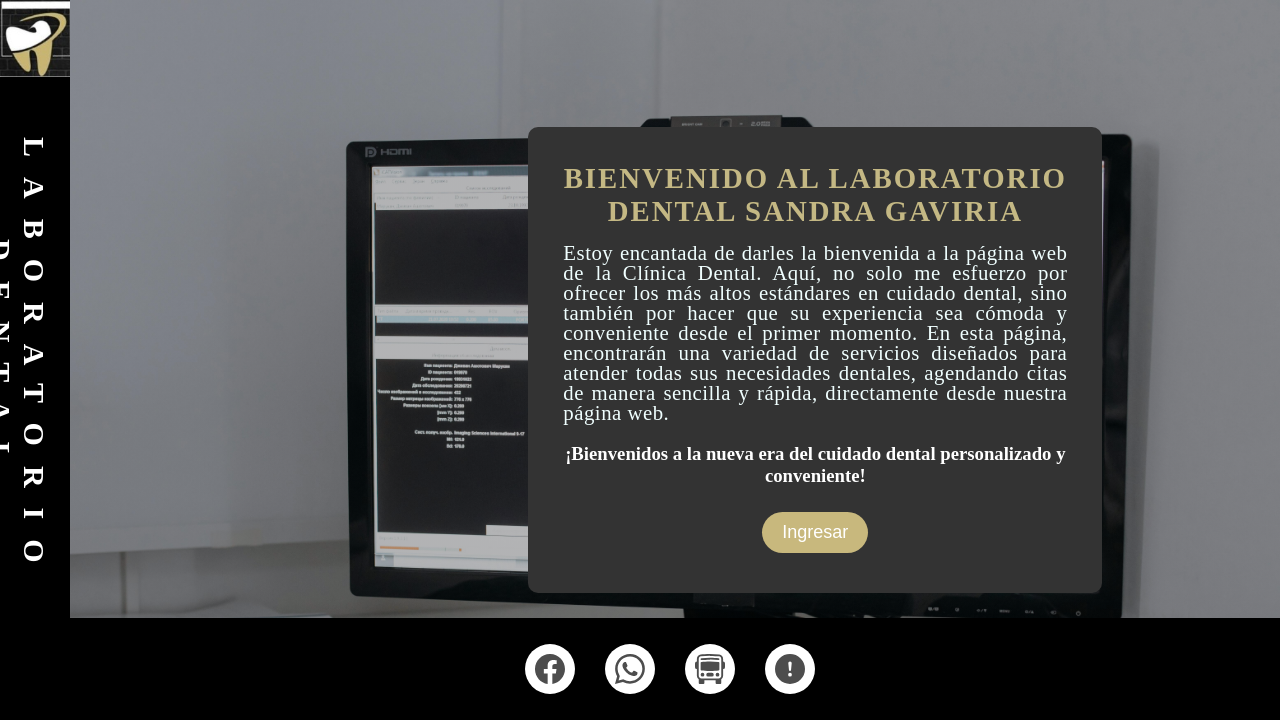
Repository: IIntef/ProyectoDental2.0
Page: Proyecto/Proyecto/Fer.html
These files come from the project's save history. The page is drawn as it stood at one moment and after the next save; the edit follows.
The browser window is 1280 px wide. The pictures show the whole page.

Above is the page before, as saved 2024-06-20 17:12:18.

### Proyecto/Proyecto/Fer.html
<!DOCTYPE html>
<html lang="en">
<head>
    <meta charset="UTF-8">
    <meta name="viewport" content="width=device-width, initial-scale=1.0">
    <title>Inicio</title>
    <link rel="stylesheet" href="StyleFer.css">
<body>
    <header>
        <img src="Logo.jpeg" alt="Logo Laboratorio Dental">
        <h1>LABORATORIO DENTAL</h1>
    </header>
    <main>
        <div class="container">
            <h2>BIENVENIDO AL LABORATORIO DENTAL SANDRA GAVIRIA</h2>
            <p>Estoy encantada de darles la bienvenida a la página web de la Clínica Dental. Aquí, no solo me esfuerzo por ofrecer los más altos estándares
            en cuidado dental, sino también por hacer que su experiencia sea cómoda y conveniente desde el primer momento.
            En esta página, encontrarán una variedad de servicios diseñados para atender todas sus necesidades dentales, agendando citas de manera sencilla y rápida, directamente desde nuestra página web.</p>
            <h3>¡Bienvenidos a la nueva era del cuidado dental personalizado y conveniente!</h3>
            <div class="buttons">
                <button id="Ingresar">Ingresar</button>
            </div>
        </div>
    </main>
    <footer>
        <ul class="example-2">
            <li class="icon-content">
            <a
                href="https://www.facebook.com/profile.php?id=100042873386422&mibextid=ZbWKwL"
                aria-label="Facebook"
                data-social="Facebook">
                <div class="filled"></div>
                <svg xmlns="http://www.w3.org/2000/svg" width="16" height="16" fill="currentColor" class="bi bi-facebook" viewBox="0 0 16 16">
                    <path d="M16 8.049c0-4.446-3.582-8.05-8-8.05C3.58 0-.002 3.603-.002 8.05c0 4.017 2.926 7.347 6.75 7.951v-5.625h-2.03V8.05H6.75V6.275c0-2.017 1.195-3.131 3.022-3.131.876 0 1.791.157 1.791.157v1.98h-1.009c-.993 0-1.303.621-1.303 1.258v1.51h2.218l-.354 2.326H9.25V16c3.824-.604 6.75-3.934 6.75-7.951"/>
                </svg>
            </a>
            <div class="tooltip">Facebook</div>
            </li>
            <li class="icon-content">
            <a href="#" aria-label="Whatsapp" data-social="Whatsapp">
                <div class="filled"></div>
                <svg xmlns="http://www.w3.org/2000/svg" width="16" height="16" fill="currentColor" class="bi bi-whatsapp" viewBox="0 0 16 16">
                    <path d="M13.601 2.326A7.85 7.85 0 0 0 7.994 0C3.627 0 .068 3.558.064 7.926c0 1.399.366 2.76 1.057 3.965L0 16l4.204-1.102a7.9 7.9 0 0 0 3.79.965h.004c4.368 0 7.926-3.558 7.93-7.93A7.9 7.9 0 0 0 13.6 2.326zM7.994 14.521a6.6 6.6 0 0 1-3.356-.92l-.24-.144-2.494.654.666-2.433-.156-.251a6.56 6.56 0 0 1-1.007-3.505c0-3.626 2.957-6.584 6.591-6.584a6.56 6.56 0 0 1 4.66 1.931 6.56 6.56 0 0 1 1.928 4.66c-.004 3.639-2.961 6.592-6.592 6.592m3.615-4.934c-.197-.099-1.17-.578-1.353-.646-.182-.065-.315-.099-.445.099-.133.197-.513.646-.627.775-.114.133-.232.148-.43.05-.197-.1-.836-.308-1.592-.985-.59-.525-.985-1.175-1.103-1.372-.114-.198-.011-.304.088-.403.087-.088.197-.232.296-.346.1-.114.133-.198.198-.33.065-.134.034-.248-.015-.347-.05-.099-.445-1.076-.612-1.47-.16-.389-.323-.335-.445-.34-.114-.007-.247-.007-.38-.007a.73.73 0 0 0-.529.247c-.182.198-.691.677-.691 1.654s.71 1.916.81 2.049c.098.133 1.394 2.132 3.383 2.992.47.205.84.326 1.129.418.475.152.904.129 1.246.08.38-.058 1.171-.48 1.338-.943.164-.464.164-.86.114-.943-.049-.084-.182-.133-.38-.232"/>
                </svg>
            </a>
            <div class="tooltip">Whatsapp</div>
            </li>
            <li class="icon-content">
            <a
                href="https://maps.app.goo.gl/ANEuUgRV9diJPPBv7"
                aria-label="Mapa"
                data-social="Mapa">
                <div class="filled"></div>
                <svg xmlns="http://www.w3.org/2000/svg" width="16" height="16" fill="currentColor" class="bi bi-bus-front" viewBox="0 0 16 16">
                    <path d="M5 11a1 1 0 1 1-2 0 1 1 0 0 1 2 0m8 0a1 1 0 1 1-2 0 1 1 0 0 1 2 0m-6-1a1 1 0 1 0 0 2h2a1 1 0 1 0 0-2zm1-6c-1.876 0-3.426.109-4.552.226A.5.5 0 0 0 3 4.723v3.554a.5.5 0 0 0 .448.497C4.574 8.891 6.124 9 8 9s3.426-.109 4.552-.226A.5.5 0 0 0 13 8.277V4.723a.5.5 0 0 0-.448-.497A44 44 0 0 0 8 4m0-1c-1.837 0-3.353.107-4.448.22a.5.5 0 1 1-.104-.994A44 44 0 0 1 8 2c1.876 0 3.426.109 4.552.226a.5.5 0 1 1-.104.994A43 43 0 0 0 8 3"/>
                    <path d="M15 8a1 1 0 0 0 1-1V5a1 1 0 0 0-1-1V2.64c0-1.188-.845-2.232-2.064-2.372A44 44 0 0 0 8 0C5.9 0 4.208.136 3.064.268 1.845.408 1 1.452 1 2.64V4a1 1 0 0 0-1 1v2a1 1 0 0 0 1 1v3.5c0 .818.393 1.544 1 2v2a.5.5 0 0 0 .5.5h2a.5.5 0 0 0 .5-.5V14h6v1.5a.5.5 0 0 0 .5.5h2a.5.5 0 0 0 .5-.5v-2c.607-.456 1-1.182 1-2zM8 1c2.056 0 3.71.134 4.822.261.676.078 1.178.66 1.178 1.379v8.86a1.5 1.5 0 0 1-1.5 1.5h-9A1.5 1.5 0 0 1 2 11.5V2.64c0-.72.502-1.301 1.178-1.379A43 43 0 0 1 8 1"/>
                </svg>
            </a>
            <div class="tooltip">Ubicacion</div>
            </li>
            <li class="icon-content">
            <a href="#" aria-label="Acercade" data-social="Acercade">
                <div class="filled"></div>
                <svg xmlns="http://www.w3.org/2000/svg" width="16" height="16" fill="currentColor" class="bi bi-exclamation-circle-fill" viewBox="0 0 16 16">
                    <path d="M16 8A8 8 0 1 1 0 8a8 8 0 0 1 16 0M8 4a.905.905 0 0 0-.9.995l.35 3.507a.552.552 0 0 0 1.1 0l.35-3.507A.905.905 0 0 0 8 4m.002 6a1 1 0 1 0 0 2 1 1 0 0 0 0-2"/>
                </svg>
            </a>
            <div class="tooltip">Sobre Nosotros</div>
            </li>
        </ul>
    </footer>
</body>
</html>

### Proyecto/Proyecto/StyleFer.css
header{
    position: relative;
    background-color: #000000;
    width: fit-content;
    height: 100vh;
    display: flex;
    flex-direction: column;
    align-items: center;
    justify-content: space-between;
    z-index: 1;
}

header h1 {
        position: absolute;
        top: 0;
        bottom: 0;
        left: 0;
        right: 0;
        margin: 27%;
        writing-mode: vertical-rl;
        letter-spacing: 20px;
        font-size: 30px;
        transform: rotate(0deg);
        color: #fff;
        font-weight: bold;
    }


header img {
    width: 8vw;
    max-width: 70px;
}

main{
    width: 100%;
    justify-content:center;
    align-items: center;
    margin-left: calc(55% - 6.5cm);
}

.container{
    flex: 1;
    background-color: #333;
    color: #ffffff;
    padding: 35px;
    text-align: center;
    width: 70vw;
    max-width: 70vh;
    border-radius: 10px;
}
body {
    padding: 0;
    margin: 0;
    font-family: 'Times New Roman', Times, serif, Helvetica, Arial, sans-serif;
    display: flex;
    align-items: center;
    min-height: 100%;
    background: linear-gradient(rgba(5,7,12,0.3), rgba(5,7,12,0.3)), url("Fondo.jpg"), no-repeat center center fixed;
    width: 100%;
    background-size: cover;
}

h1{
    margin: 0;
    color: white;
    font-family: 'Fredoka One', cursive;
    letter-spacing: 2px;
    font-size: clamp(1.5rem, 2.5vw, 2rem);
    text-align: center;
}

h2{
    margin: 0;
    color: #c4b884;
    font-family: 'Fredoka One';
    letter-spacing: 2px;
    font-size: clamp(1.2rem, 2.5vw, 1.8rem);
    text-align:center;
}

h3{
    color: #ffffff;
}

p{
    font-weight: 100;
    line-height: 20px;
    letter-spacing: 0.5px;
    margin: 15px 0 20px;
    font-size: clamp(1.2rem, 2.5vw, 1.3rem);
    text-align: justify;
    color:azure;
}


.buttons {
    margin-top: 20px;
    align-items: center;
}

button {
    font-size: large;
    background-color: #c8b87d;
    color: #ffffff;
    border: none;
    padding: 10px 20px;
    margin: 5px;
    cursor: pointer;
    border-radius: 30px; /* Bordes redondos */
    transition: background-color 0.3s; /* Transición suave del color de fondo */
}

button:hover {
    background-color: #c4b884; /* Cambia el color al pasar el cursor */
}

footer{
    position: fixed; /* Fijar el pie de página */
    bottom: 0; /* Alinearlo al fondo */
    left: 0; /* Alinearlo a la izquierda */
    width: 100%; /* Ocupar todo el ancho */
    background-color: #000000; /* Color de fondo */
    padding: 10px; /* Espaciado interior */
    text-align: right; /* Alinear contenido a la derecha */
    color: #ffffff; /* Color del texto */
}
h6{
    text-align: center;
    letter-spacing: 0cap;
}

footer img {
    width: 8vw;
    max-width: 70px;
}

iframe img{
    width: 8vw;
    max-width: 70px;
}

ul {
    list-style: none;
}

.example-2 {
    display: flex;
    justify-content: center;
    align-items: center;
}

.example-2 .icon-content {
    margin: 0 15px;
    position: relative;
}
.example-2 .icon-content .tooltip {
    position: absolute;
    top: -30px;
    left: 50%;
    transform: translateX(-50%);
    color: #fff;
    padding: 6px 10px;
    border-radius: 5px;
    opacity: 0;
    visibility: hidden;
    font-size: 14px;
    transition: all 0.3s ease;
}

.example-2 .icon-content:hover .tooltip {
    opacity: 1;
    visibility: visible;
    top: -50px;
}
.example-2 .icon-content a {
    position: relative;
    overflow: hidden;
    display: flex;
    justify-content: center;
    align-items: center;
    width: 50px;
    height: 50px;
    border-radius: 50%;
    color: #4d4d4d;
    background-color: #fff;
    transition: all 0.3s ease-in-out;
}

.example-2 .icon-content a:hover {
    box-shadow: 3px 2px 45px 0px rgb(0 0 0 / 12%);
}

.example-2 .icon-content a svg {
    position: relative;
    z-index: 1;
    width: 30px;
    height: 30px;
}

.example-2 .icon-content a:hover {
    color: white;
}

.example-2 .icon-content a .filled {
    position: absolute;
    top: auto;
    bottom: 0;
    left: 0;
    width: 100%;
    height: 0;
    background-color: #000;
    transition: all 0.3s ease-in-out;
}

.example-2 .icon-content a:hover .filled {
    height: 100%;
}

.example-2 .icon-content a[data-social="Facebook"] .filled,
.example-2 .icon-content a[data-social="Facebook"] ~ .tooltip {
    background-color: #142fcc;
}

.example-2 .icon-content a[data-social="Whatsapp"] .filled,
.example-2 .icon-content a[data-social="Whatsapp"] ~ .tooltip {
    background-color: #258525;
}
.example-2 .icon-content a[data-social="Mapa"] .filled,
.example-2 .icon-content a[data-social="Mapa"] ~ .tooltip {
    background-color: rgb(153, 62, 62);
}
.example-2 .icon-content a[data-social="Acercade"] .filled,
.example-2 .icon-content a[data-social="Acercade"] ~ .tooltip {
    background-color: #c4b884;
}
.div .tooltip {
    text-align: center;
}

After the next save:
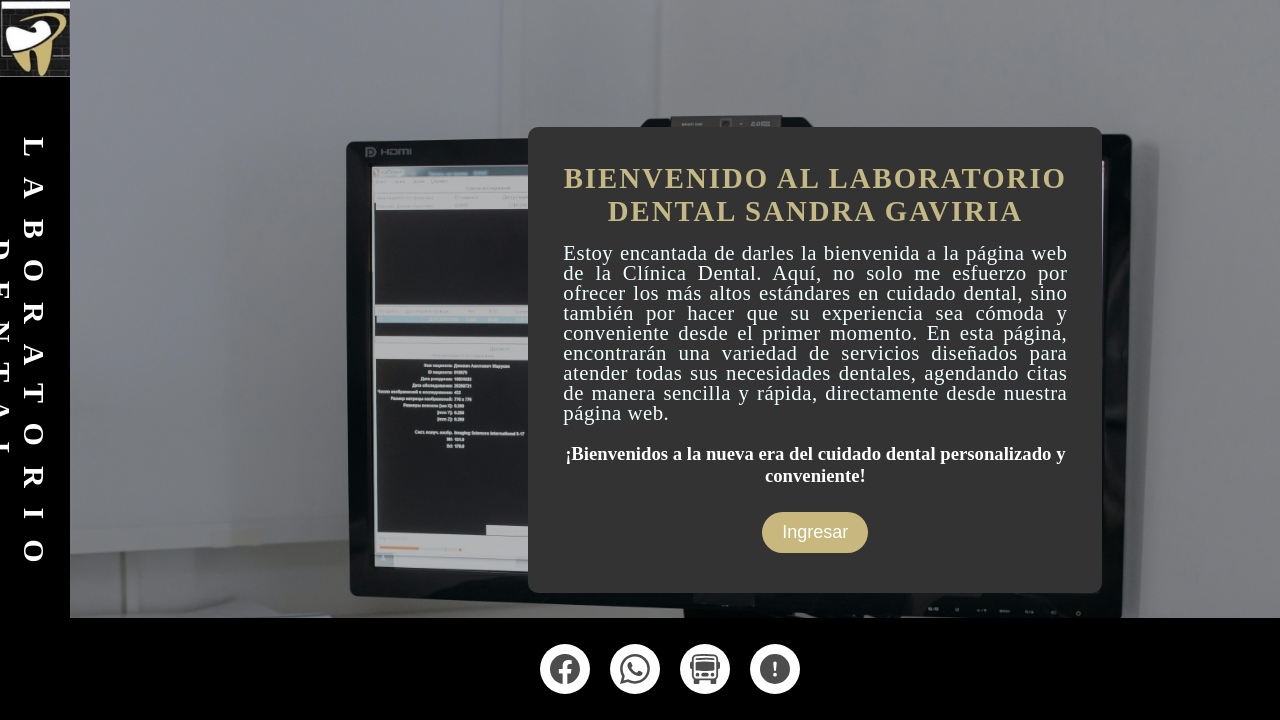
Saved 32 s later.
--- a/Proyecto/Proyecto/StyleFer.css
+++ b/Proyecto/Proyecto/StyleFer.css
@@ -150,7 +150,7 @@ ul {
 }
 
 .example-2 .icon-content {
-    margin: 0 15px;
+    margin: 0 10px;
     position: relative;
 }
 .example-2 .icon-content .tooltip {
@@ -233,6 +233,6 @@ ul {
 .example-2 .icon-content a[data-social="Acercade"] ~ .tooltip {
     background-color: #c4b884;
 }
-.div .tooltip {
-    text-align: center;
-}
+div .tooltip {
+    text-align: center;
+}
